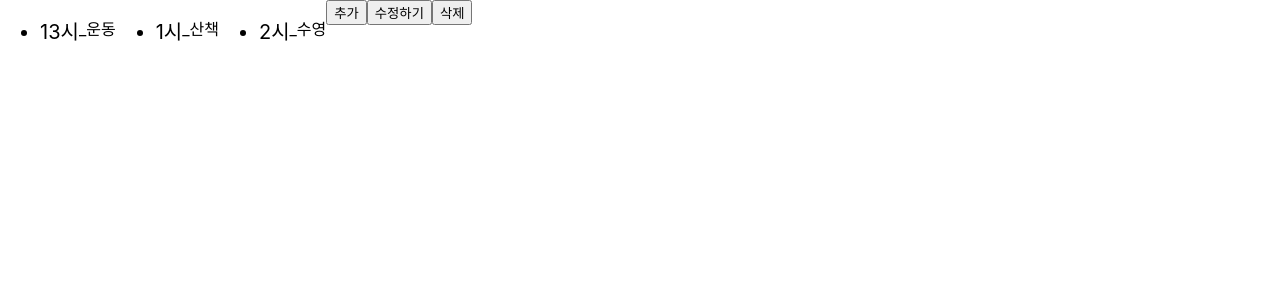
Repository: 0gunkim/REACT-TODO-PRAC
Page: / (app in todo/)
The author's editor kept a copy of each file at every save. The page is drawn from the files as they stood at one save, then again after the next save.
The browser window is 1280 px wide. The pictures show the whole page.
The project was rebuilt for these pictures with package versions that can differ from the ones it lists, and the page was loaded fresh each time.

Above is the page before, as saved 2023-01-04 15:38:53.

### todo/src/App.js
import TodoList from "./pages/TodoList";


function App() {
  return (
    <div className="App">
   <TodoList></TodoList>
    </div>
  );
}

export default App;

### todo/src/pages/TodoList.jsx
import React from 'react';
import { useState } from 'react';
import { initialTodo } from '../util/initialTodo';
import { AddButton } from '../components/AddButton';
import { EditButton } from '../components/EditButton';
import { DeleteButton } from '../components/DeleteButton';
import styled from 'styled-components';
export default function TodoList() {
    const [todo, setTodo] = useState(initialTodo)
    console.log(todo)
    return (
        <STContainer>
            {todo.map((list)=>{
                return(
                <div key={list.id}>
                    <ul>
                        <STList>
                            <STTime>{list.time}시 </STTime><div>_{list.title}</div>
                        </STList>
                    </ul>
                </div>

                )})}
                <STButton>
                <AddButton todo={todo} setTodo={setTodo} />
                <EditButton todo={todo} setTodo={setTodo} />
                <DeleteButton todo={todo} setTodo={setTodo} />
                </STButton>

        </STContainer>
    );
}
const STContainer = styled.div`
    display: flex;

`
const STTime = styled.li`
    font-size: 20px;
`
const STList = styled.div`
    display: flex;
`
const STButton = styled.div`
    display: flex;
`

### todo/src/util/initialTodo.js
export const initialTodo = [
{
    id: 1,
    title: '운동',
    time: '13',
},
{
    id: 2,
    title: '산책',
    time: '1',
},
{
    id: 3,
    title: '수영',
    time: '2',
},
]

### todo/src/components/AddButton.jsx
import React from 'react';
import { nanoid } from 'nanoid'

export const AddButton = (props) => {
    const id = nanoid()
    const {todo, setTodo} = props;
    console.log(todo)
    const addHandlerButton = () => {
        const ff = prompt(`오늘의 할일은?`);
        const time = prompt(`몇시 (숫자만 입력)`);
        setTodo(() => (
            [...todo, {title: ff, time ,id}]
        ))
    };
    return(
        <div>
        <button onClick={addHandlerButton}>추가</button>
        </div>
    );
};

### todo/src/components/EditButton.jsx
import React from 'react';

export const EditButton = (props) => {
    const editHandlerButton = () => {
        const {todo, setTodo} = props;
        const editId = prompt(`몇시를 수정하고 싶나요? (숫자만 입력해주세요)`);
        const current = prompt(`수정하고싶은 일을 적어주세요`);
        setTodo(todo.map((i) => {
            if(i.time === editId){
                return {...i, title: current}
            }
           return i;
        }))
    };
    return(
        <div>
            <button onClick={editHandlerButton}>수정하기</button>
        </div>
    );
};

### todo/src/components/DeleteButton.jsx
import React from 'react';

export const DeleteButton = () => {
    return(
        <div>
            <button>삭제</button>
        </div>
    );
};

Loaded but not shown: todo/public/index.html (common file); todo/src/index.js (common file); todo/src/index.css (common file); todo/src/reportWebVitals.js (common file)

After the next save:
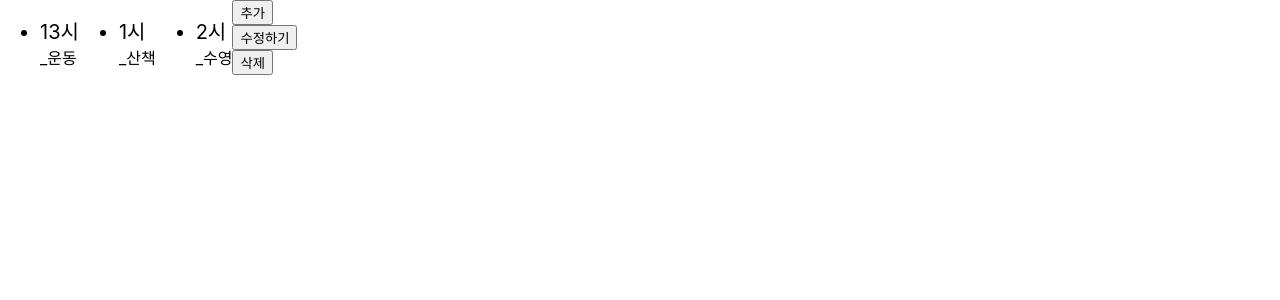
Saved 9 s later.
--- a/todo/src/pages/TodoList.jsx
+++ b/todo/src/pages/TodoList.jsx
@@ -38,8 +38,8 @@ const STTime = styled.li`
     font-size: 20px;
 `
 const STList = styled.div`
-    display: flex;
+    /* display: flex; */
 `
 const STButton = styled.div`
-    display: flex;
+    /* display: flex; */
 `
